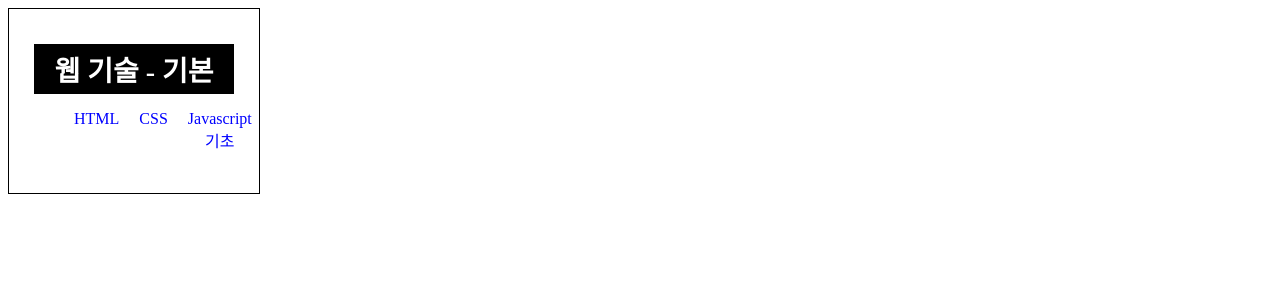
Repository: dudadab/Hhyundaiezwel_Academy
Page: CSS01/src/main/webapp/test1.html
These files come from the project's save history. The page is drawn as it stood at one moment and after the next save; the edit follows.
The browser window is 1280 px wide. The pictures show the whole page.

Above is the page before, as saved 2025-07-02 06:36:27.

### CSS01/src/main/webapp/test1.html
<!DOCTYPE html>
<html>
<head>
<meta charset="UTF-8">
<title>Insert title here</title>
	<style type="text/css">
		.box {
    		border:solid 1px #000;
    		padding:25px;
    		width:200px;
    		text-align:center;
    	}
    	.box h1 {
    		background-color:black;
    		color:white;
    		font-size:28px;
    		padding:5px;
    		margin:10px 0;


    	}
    	.box ul{
    		list-style-type:none;
    		display:flex;
    		gap:20px;

    	}
    	.box li {
    		color:blue;

    	}


	</style>
</head>
<body>
	<div class="box">
		<h1>웹 기술 - 기본</h1>
		<ul>
			<li id="HTML">HTML</li>
			<li id="CSS">CSS</li>
			<li id="Javascript">Javascript 기초</li>
		</ul>
	</div>
</body>
</html>

After the next save:
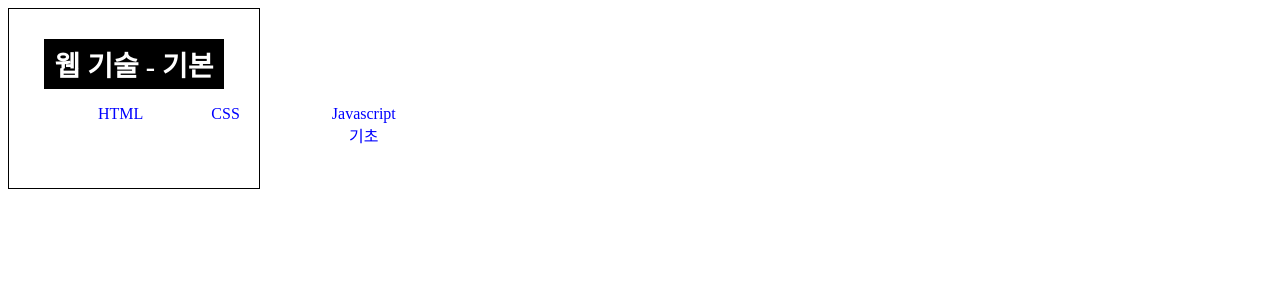
Saved 2 min 45 s later.
--- a/CSS01/src/main/webapp/test1.html
+++ b/CSS01/src/main/webapp/test1.html
@@ -15,9 +15,7 @@
     		color:white;
     		font-size:28px;
     		padding:5px;
-    		margin:10px 0;
-
-
+    		margin:5px 10px;
     	}
     	.box ul{
     		list-style-type:none;
@@ -29,6 +27,10 @@
     		color:blue;
 
     	}
+
+    	#HTML {margin-left:15%;}
+		#CSS {margin-left:30%;}
+		#Javascript {margin-left:45%;}
 
 
 	</style>
